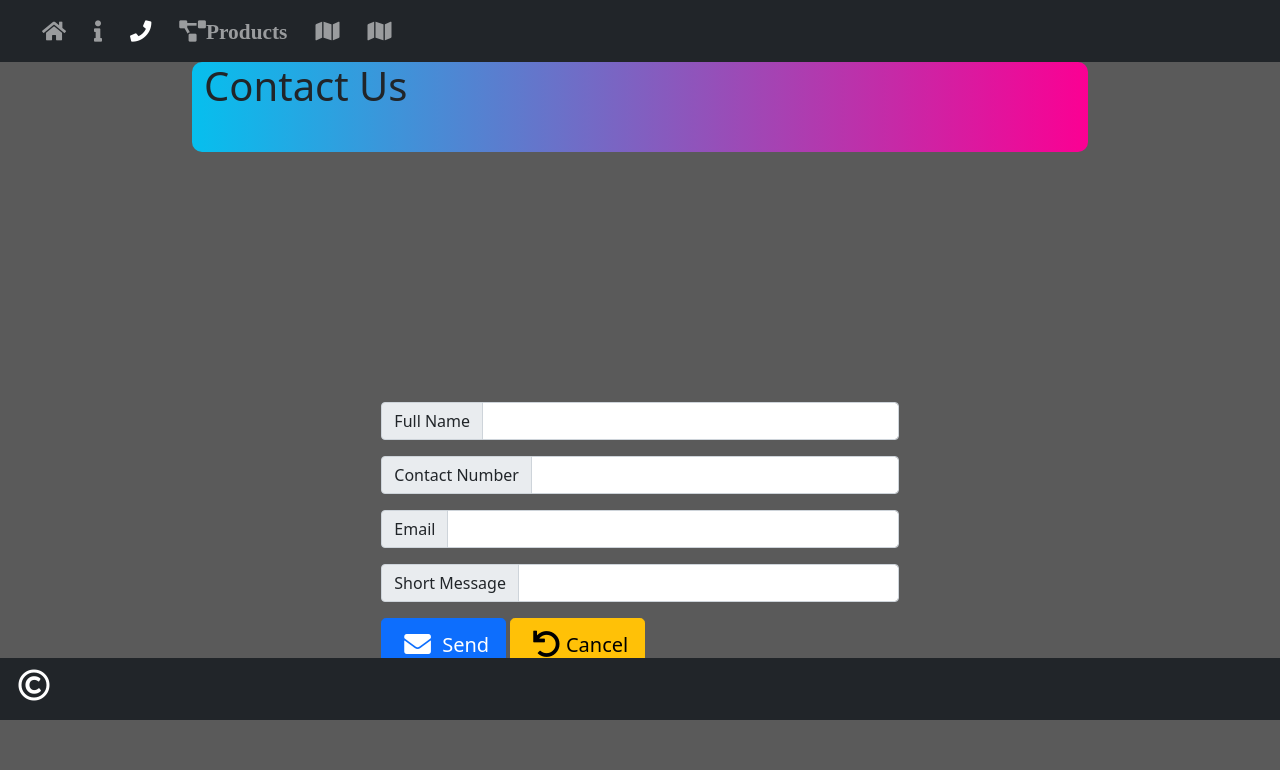
Repository: vans12345678/WEBD6201-W2021-Lab2
Page: contact.html
These files come from the project's save history. The page is drawn as it stood at one moment and after the next save; the edit follows.
The browser window is 1280 px wide. The pictures show the whole page.

Above is the page before, as saved 2021-02-25 18:38:18.
Console error: ReferenceError: core is not defined

After the next save:
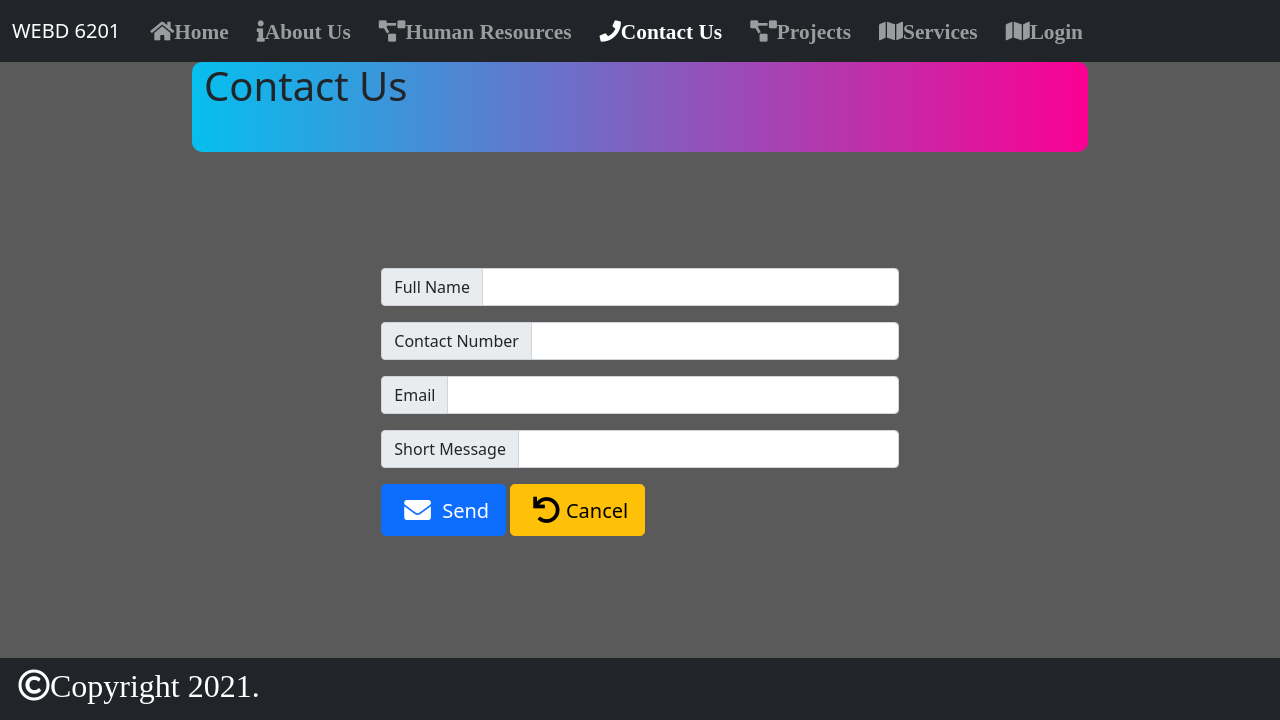
The error is gone.
Saved 85 s later.
--- a/contact.html
+++ b/contact.html
@@ -95,6 +95,8 @@
     <script src="./node_modules/jquery/dist/jquery.min.js"></script>
     <script src="./node_modules/bootstrap/dist/js/bootstrap.bundle.min.js"></script>
     <script src="./Scripts/contact.js"></script>
+    <script src="./Scripts/namespace.js"></script>
+    <script src="./Scripts/user.js"></script>
     <script src="./Scripts/app.js"></script>
 
 </body>
